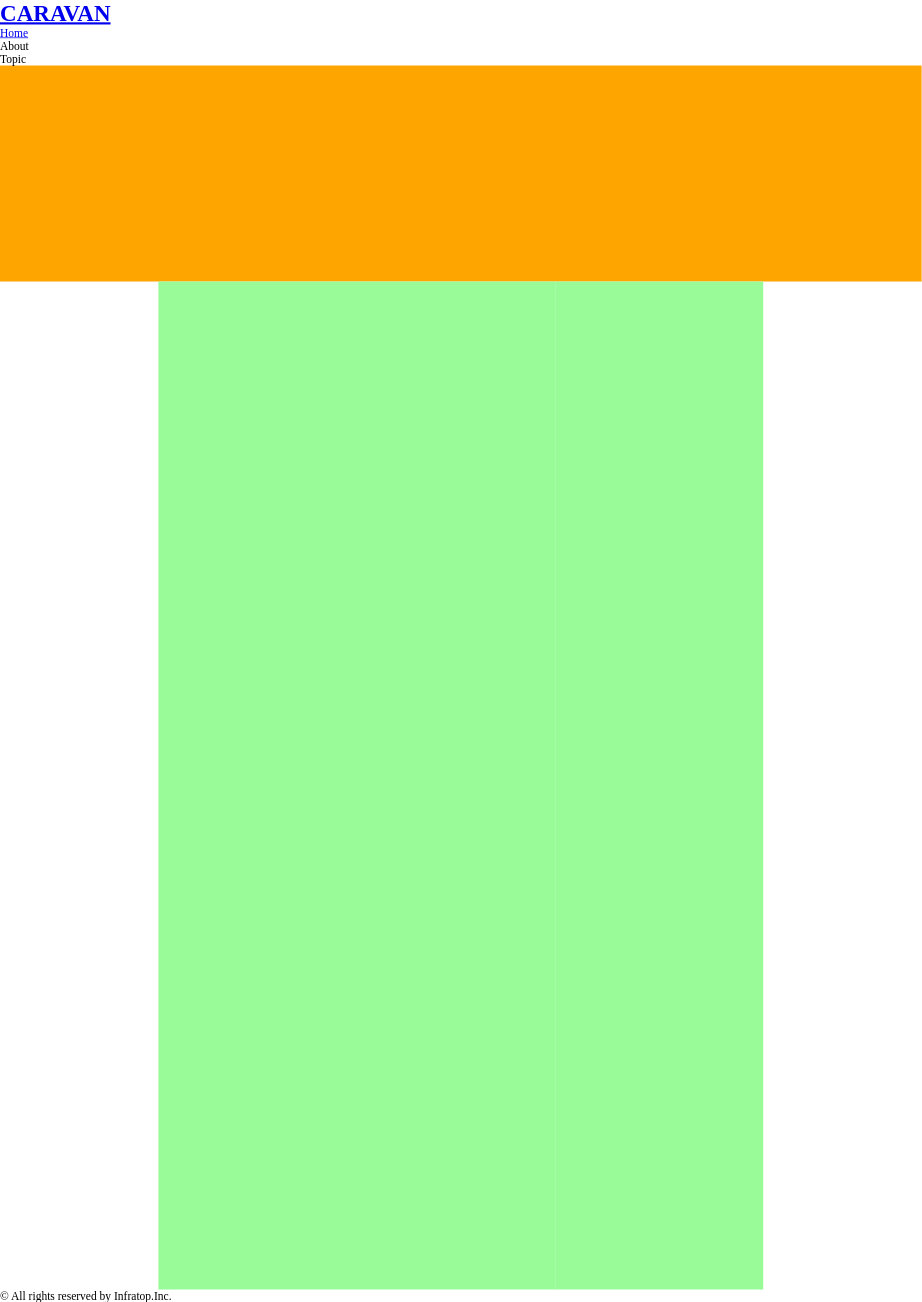
Repository: Raychel-310/chapter10
Page: caravan/index.html
The author's editor kept a record of every edit. The page is drawn from the files as they stood at one moment, then again after the next edit.
The browser window is 1280 px wide. The pictures show the whole page, at 72% of full size.

Above is the page before.

After the next edit:
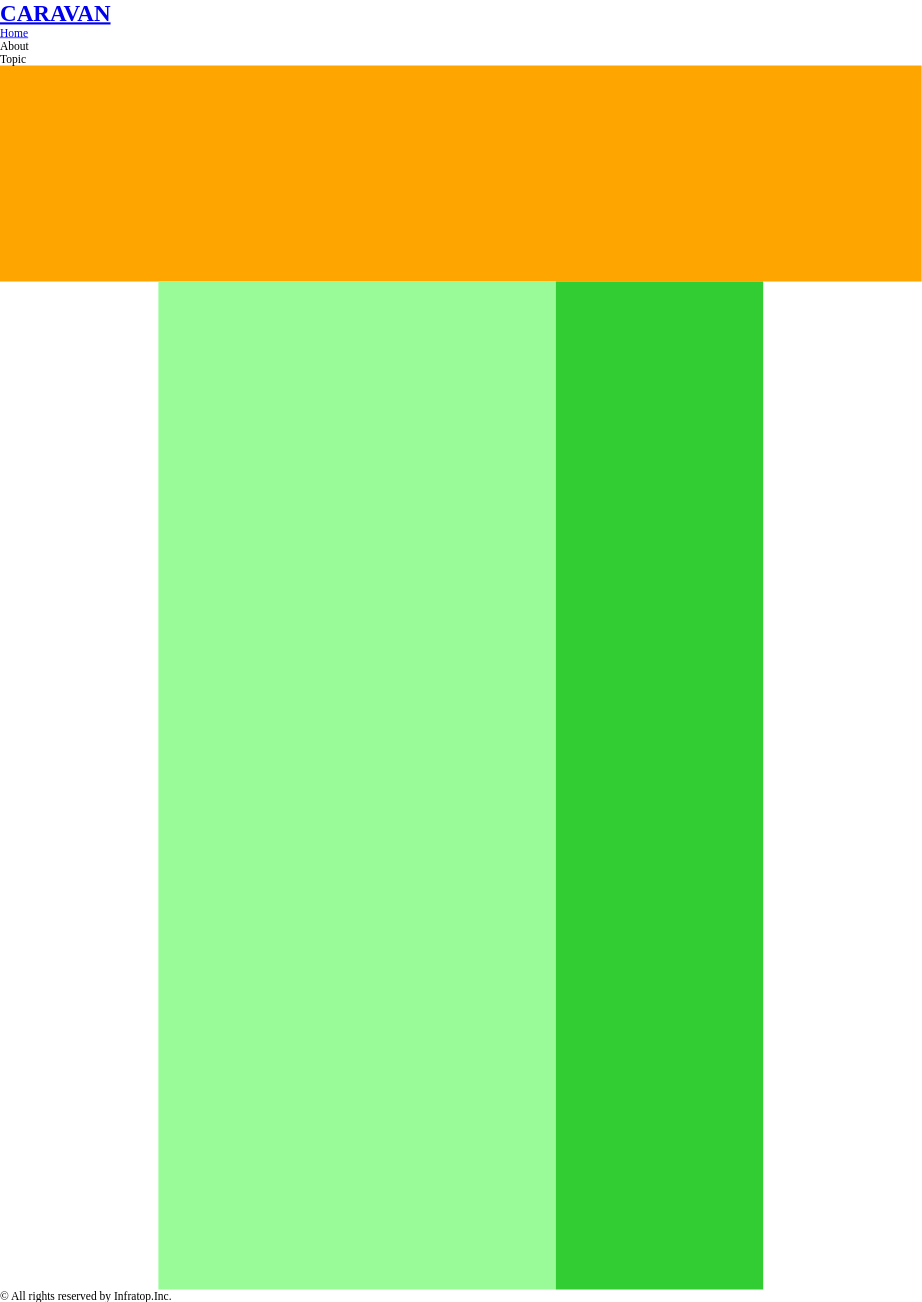
The edit:
--- a/caravan/style.css
+++ b/caravan/style.css
@@ -54,9 +54,7 @@
 .sidebar {
   width: 500px; /* 横幅240px */
   height: 1400px; /* 高さ600px */
-  background-color: palegreen; /* 背景色palegreen */
-  display: flex; /* Flexboxの利用 */
-  justify-content: center; /* 子要素の横並び・中央寄せ */
+  background-color: limegreen; /* 背景色palegreen */
 }
 
 .footer {

After the edit that followed:
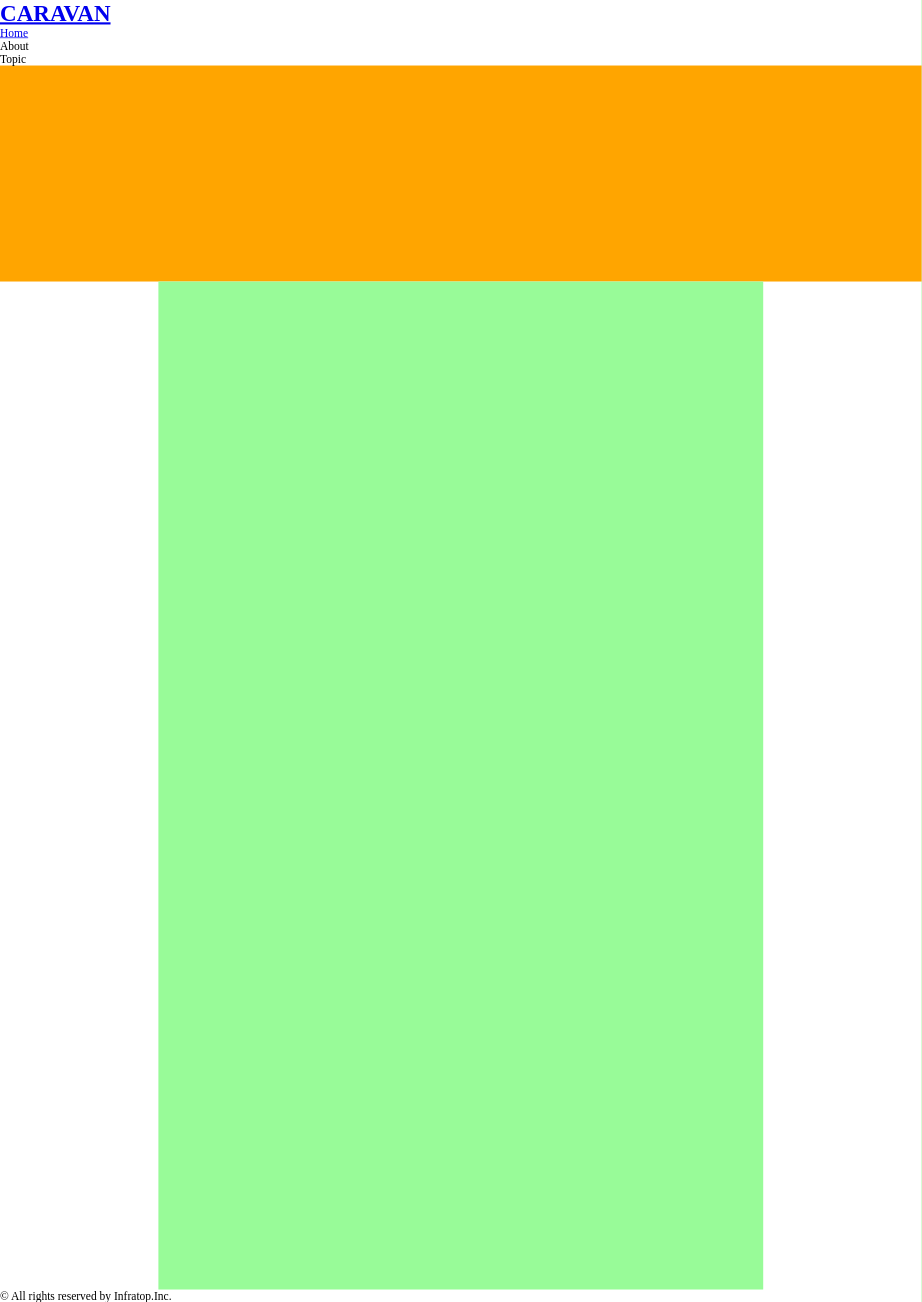
The edit:
--- a/caravan/style.css
+++ b/caravan/style.css
@@ -51,8 +51,8 @@
   justify-content: center; /* 子要素の横並び・中央寄せ */
 }
 
-.sidebar {
-  width: 500px; /* 横幅240px */
+.sidebar-left {
+  width: 230px; /* 横幅240px */
   height: 1400px; /* 高さ600px */
   background-color: limegreen; /* 背景色palegreen */
 }
